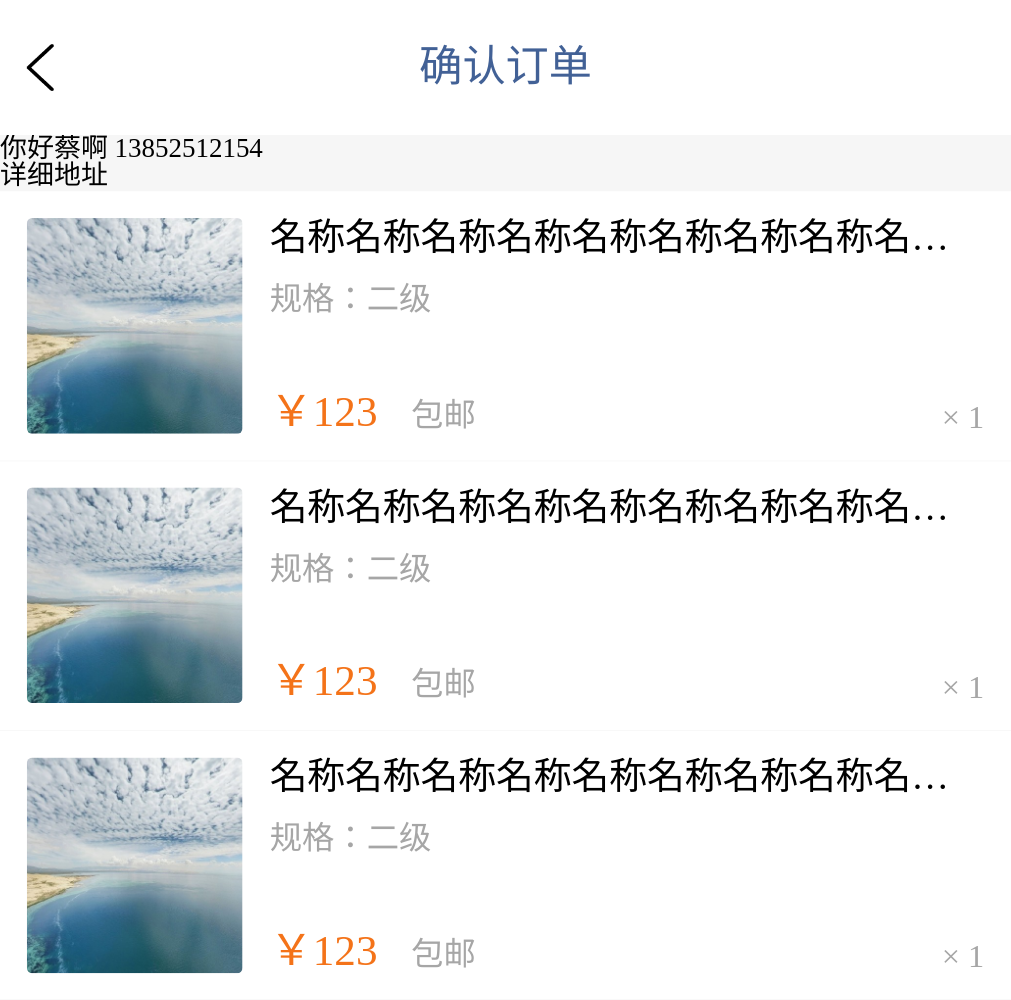
Repository: 421538074/sell
Page: consumer/confirm-order.html
An editor plug-in stored every save of this project. The page is shown before and after the next save, followed by the edit.
The browser window is 1280 px wide. The pictures show the whole page, at 79% of full size.

Above is the page before, as saved 2019-05-31 15:53:45.

After the next save:
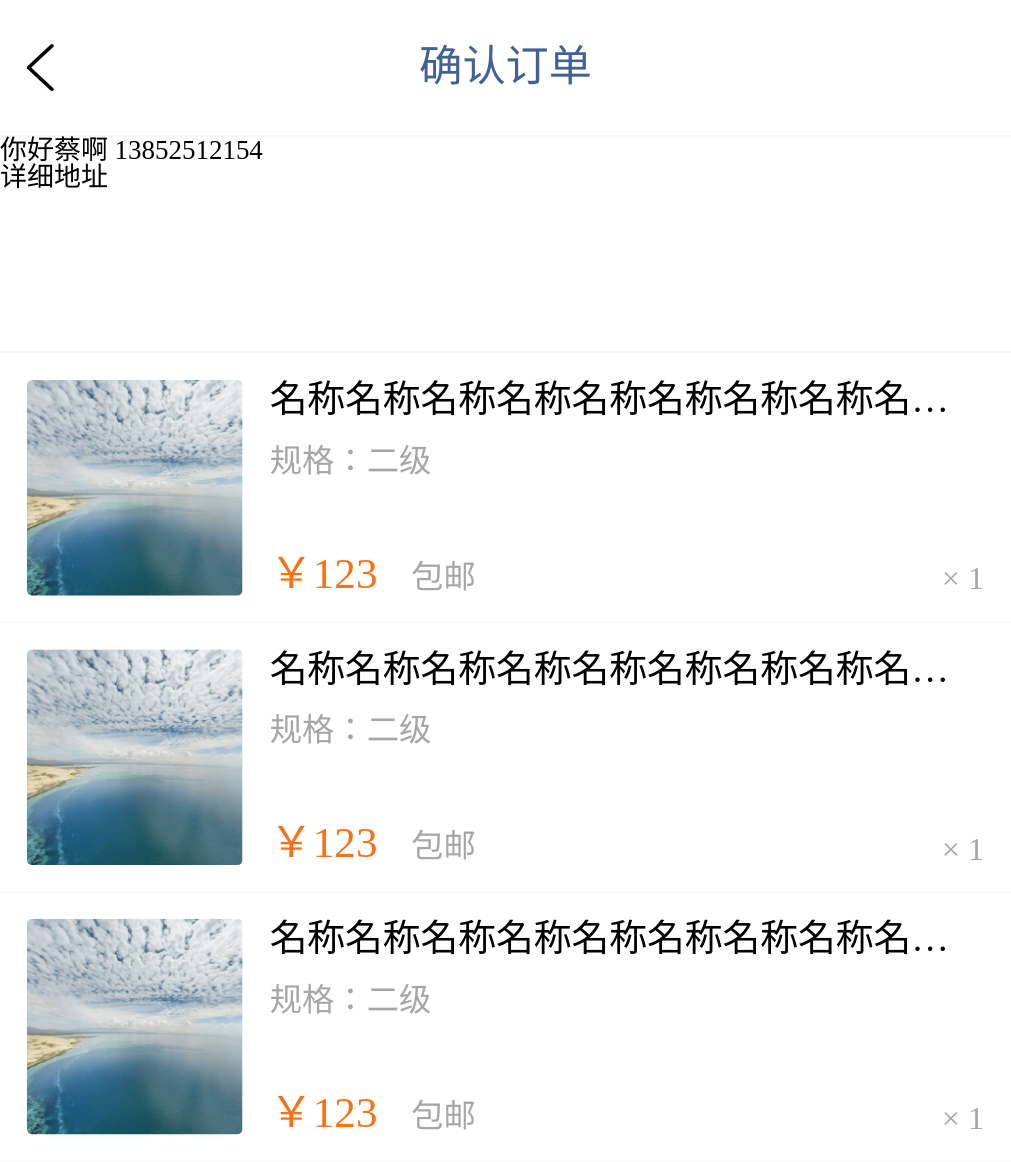
Saved 43 s later.
--- a/consumer/css/confirm-order.css
+++ b/consumer/css/confirm-order.css
@@ -1,5 +1,10 @@
 div.content{
     padding-top: 5rem;
+}
+.order-user-info {
+    height: 8rem;
+    background: #FFFFFF;
+    border-top: 2px solid #f6f6f6;
 }
 ul.order-goods-list-wrapper {
     margin-top: 0.1rem;
